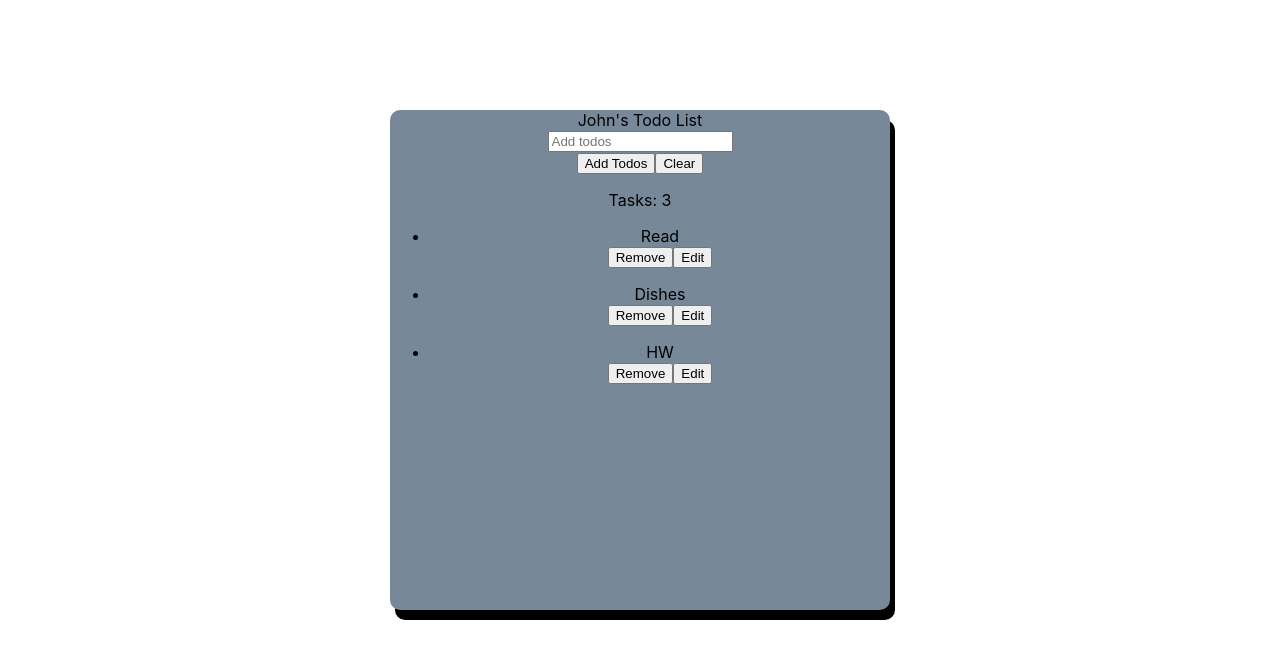
Repository: JohnKang0720/Simple-Todo-List
Page: /
The author's editor kept a copy of each file at every save. The page is drawn from the files as they stood at one save, then again after the next save.
The browser window is 1280 px wide. The pictures show the whole page.
The project was rebuilt for these pictures with package versions that can differ from the ones it lists, and the page was loaded fresh each time.

Above is the page before, as saved 2021-05-27 18:39:46.

After the next save:
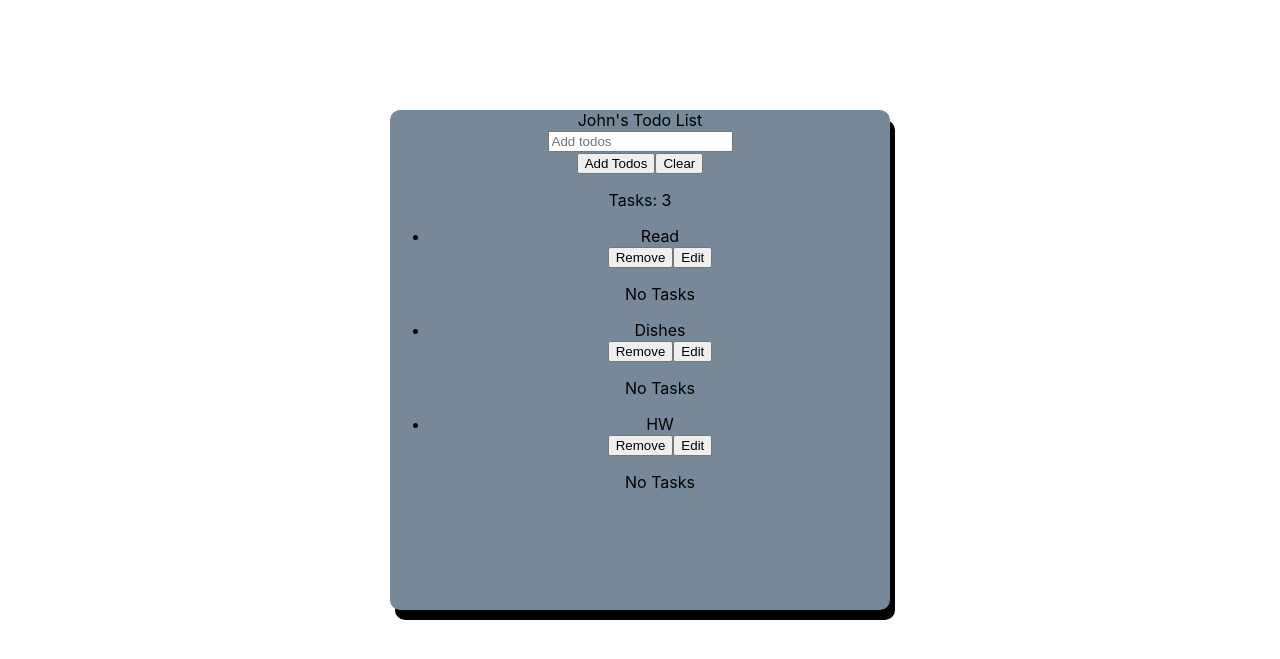
Saved 26 s later.
--- a/src/List.js
+++ b/src/List.js
@@ -12,7 +12,7 @@
                 <button> Edit </button>
             </div>
         </li>
-      <p> {length < 1 ? "No Tasks" : ""} </p>
+      <p> {length < 4 ? "No Tasks" : ""} </p>
         </div>
 
 

After the save that followed:
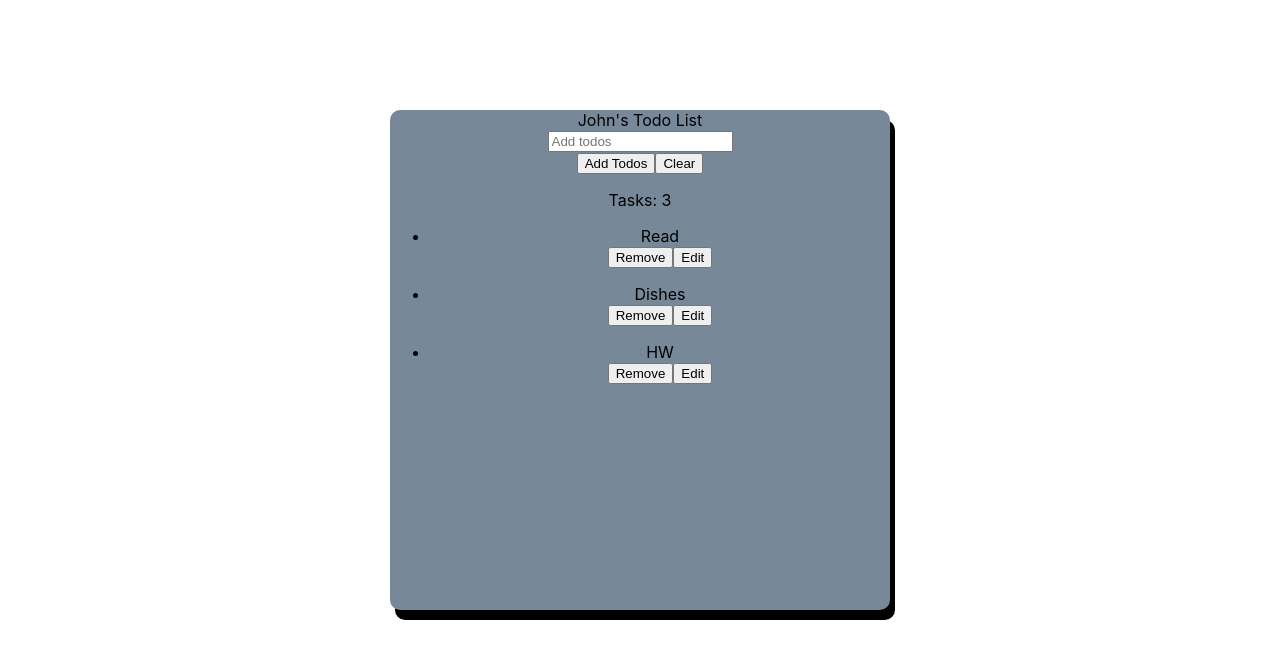
Saved 6 s later.
--- a/src/List.js
+++ b/src/List.js
@@ -12,7 +12,7 @@
                 <button> Edit </button>
             </div>
         </li>
-      <p> {length < 4 ? "No Tasks" : ""} </p>
+      <p> {length < 3 ? "No Tasks" : ""} </p>
         </div>
 
 
